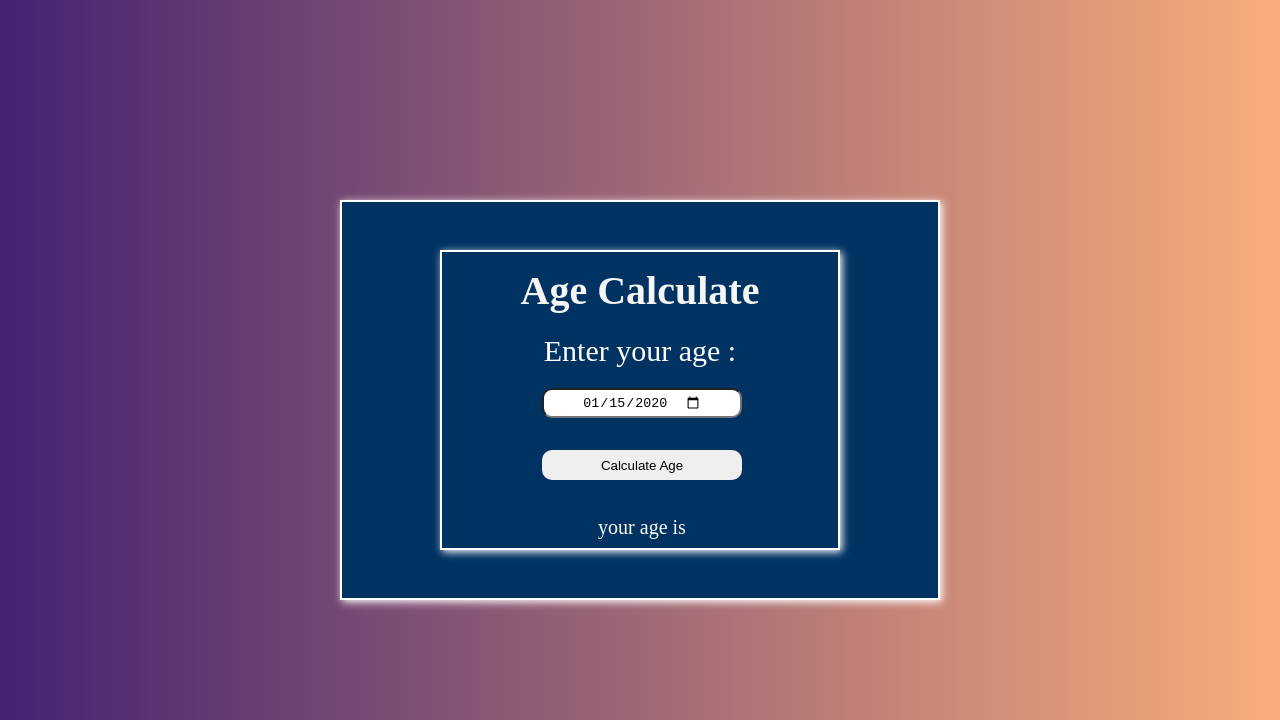
Repository: sristigupta04/basic-js-project
Page: age calculator/age.html
These files come from the project's save history. The page is drawn as it stood at one moment and after the next save; the edit follows.
The browser window is 1280 px wide. The pictures show the whole page.
Empty fields were first filled with sample values (such as "Sample", 5 or name@example.com).
After loading, the first visible `#button` was clicked once.

Above is the page before, as saved 2025-11-07 16:35:43.
Console error: TypeError: Cannot read properties of null (reading 'value')

### age calculator/age.html
<!DOCTYPE html>
<html lang="en">
<head>
    <meta charset="UTF-8">
    <meta name="viewport" content="width=device-width, initial-scale=1.0">
    <title>Document</title>
    <link rel="stylesheet" href="age.css"/>
</head>
<body>
    <div class="main">
    <div class="age">
    <h1>Age Calculate</h1>

    <label for="eventDate">Enter  your age :</label>
<input type="date" id="eventDate" name="eventDate">
<button id="button">Calculate Age</button>
<p id="realage">your age is </p></div></div>
<script src="age.js"></script>
</body>
</html>

### age calculator/age.css
*{
    padding: 0;
    margin: 0;
    box-sizing: border-box;
}
body{
    display: flex;
    justify-content: center;
    align-items: center;

background: linear-gradient(90deg, hsla(265, 53%, 29%, 1) 0%, hsla(24, 93%, 73%, 1) 100%);

}

.main{
     display: flex;
    justify-content: center;
    align-items: center;
    border:2px solid white;
    height: 400px;
    width: 600px;
    box-shadow: 2px 2px 8px white;
    font-size: 20px;
     margin-top: 200px;
     background-color:#003262;

}

.age{
    background-color:#003262;
     box-shadow: 2px 2px 8px white;
    border:2px solid white;
    height:300px;
    width:400px;
}

.age h1{
     display: flex;
    justify-content: center;
    align-items: center;
    margin-top: 15px;
    color:whitesmoke;
    font-size: 200;

}

.age  label{
    color:white;
 display: flex;
 justify-content: center;
 font-size: 30px;
 margin:20px;

}
.age input{
     display: flex;
     justify-content: center;
     height: 30px;
     width: 200px;
    margin-left: 100px;
    border-radius: 10px;
}
.age button{
    display: flex;
    justify-content: center;
    align-items: center;
   height: 30px;
     width: 200px;
     margin: 2rem;;
     border: none;
     cursor: pointer;
      margin-left: 100px;
    border-radius: 10px;
}
.age button:hover {
  background-color: #ffc107;
}

#realage{
    display: flex;
    justify-content: center;
    align-items: center;
   height: 30px;
     width: 200px;
     margin: 2rem;;
      margin-left: 100px;
    border-radius: 10px;
    color:white;
}

### age calculator/age.js
let btn= document.querySelector("#button");
let p = document.querySelector("#realage");

btn.addEventListener("click",()=>{
    let input = document.querySelector("#eventdata").value;
    if(!input){
        p.textContent ="enter a age";
        return;
    }
    let birth = new Date(input);
    let today =  new Date();
    let  years= today.getFullYear() - birth.getFullYear();
    let months = today.getMonth() - birth.getMonth();
    let days = today.getDate()-birth.getDate();

     if (days < 0) {
    const prevMonthDays = new Date(today.getFullYear(), today.getMonth(), 0).getDate();
    days = prevMonthDays + days; // since days is negative, this subtracts birth.day from prevMonthDays then add today's date
    months -= 1;
  }

  // if months negative, borrow from years
  if (months < 0) {
    months += 12;
    years -= 1;
  }

  // final output
  p.textContent = `Age: ${years} years, ${months} months, ${days} days`;

});

After the next save:
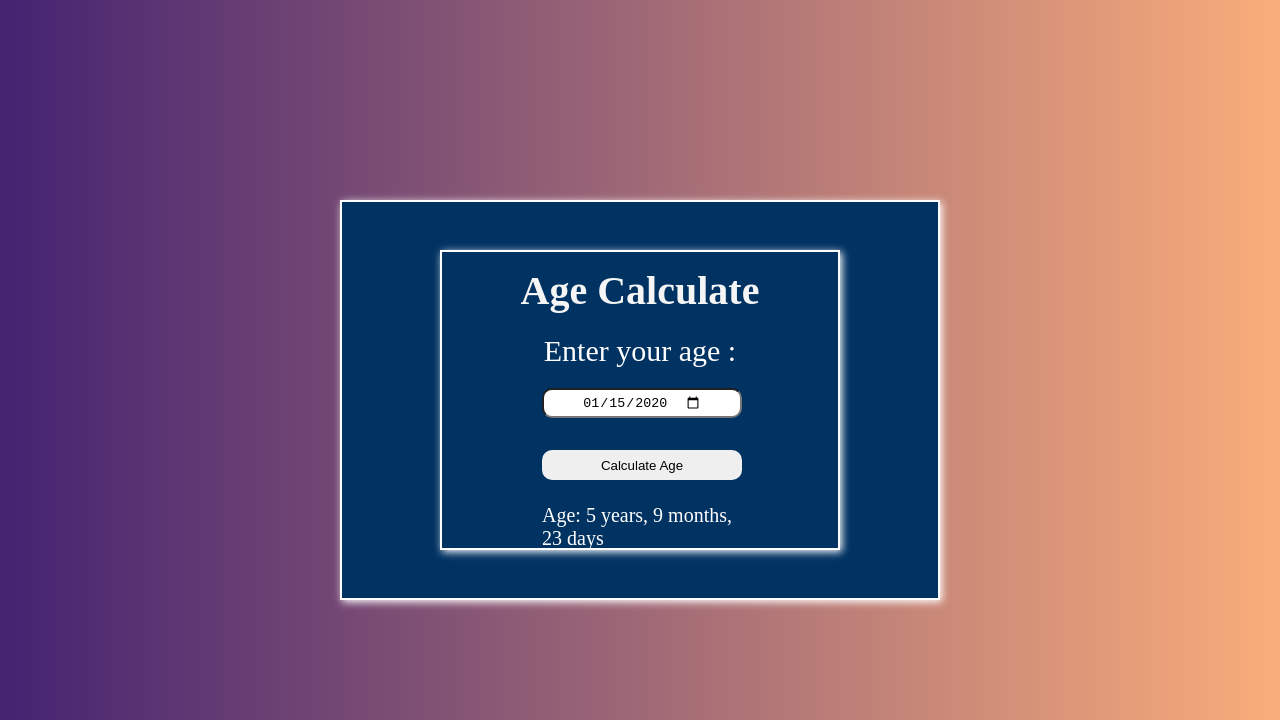
The error is gone.
Saved 40 s later.
--- a/age calculator/age.js
+++ b/age calculator/age.js
@@ -2,7 +2,7 @@ let btn= document.querySelector("#button");
 let p = document.querySelector("#realage");
 
 btn.addEventListener("click",()=>{
-    let input = document.querySelector("#eventdata").value;
+    let input = document.querySelector("#eventDate").value;
     if(!input){
         p.textContent ="enter a age";
         return;
